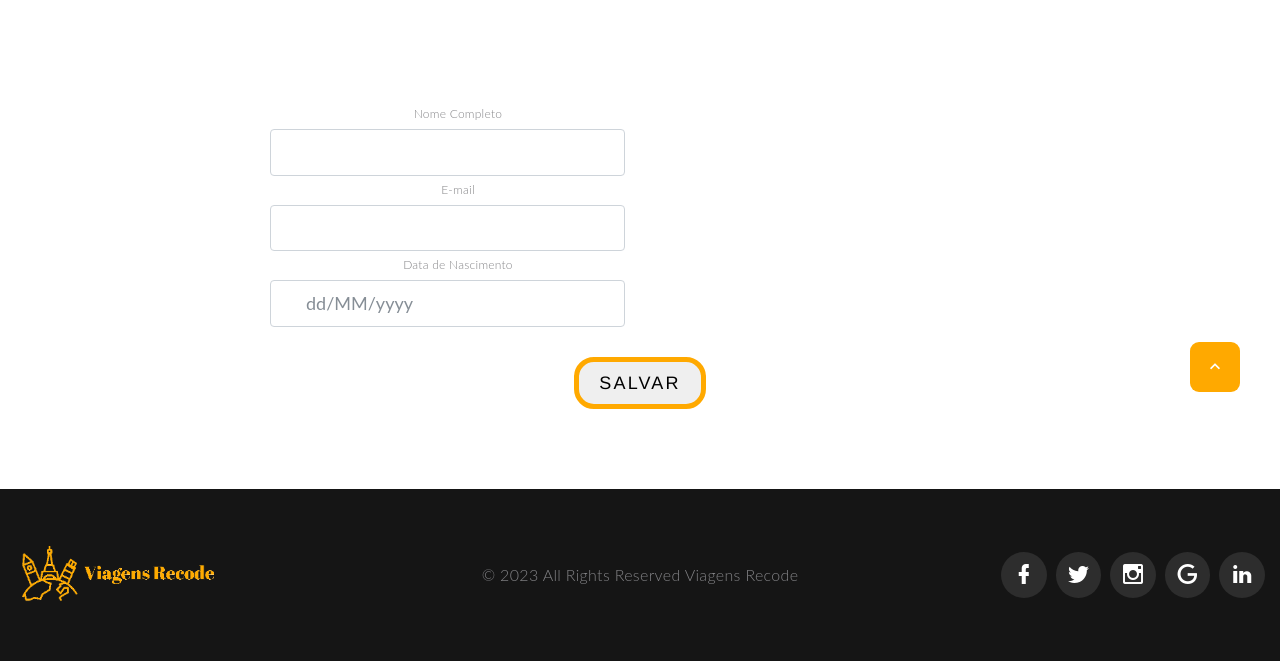
Repository: LiraS23/RecodePro2023-Modulo-4
Page: http://localhost/Modulo4/editarCliente.jsp
The author's editor kept a copy of each file at every save. The page is drawn from the files as they stood at one save, then again after the next save.
The browser window is 1280 px wide. The pictures show the part of the page from y = 388 to 1069 px (the page is 1049 px tall before and 1069 px after).
Some web fonts or font styles are not loaded; a fallback is used. The page is served by Tomcat 10. Other server files are loaded and not shown.

Above is the page before, as saved 2023-11-02 17:44:27.

### java/Modulo4/src/main/webapp/editarCliente.jsp
<%@ page language="java" contentType="text/html; charset=UTF-8"
	pageEncoding="UTF-8"%>
<!DOCTYPE html>
<html lang="pt-br">
<head>
<meta charset="UTF-8">
<meta name="viewport"
	content="width=device-width, height=device-height, initial-scale=1.0">
<meta http-equiv="X-UA-Compatible" content="IE=edge">
<title>Editar Cliente</title>

<link rel="icon" href="assets/images/favicon.ico" type="image/x-icon">
<link rel="stylesheet" type="text/css"
	href="assets/fonts.googleapis.com/css?family=Oswald:200,400%7CLato:300,400,300italic,700%7CMontserrat:900">
<link rel="stylesheet" href="assets/css/bootstrap.css">
<link rel="stylesheet" href="assets/css/style.css">
<link rel="stylesheet" href="assets/css/fonts.css">
</head>
<body>
	<div class="page">
		<header
			class="section page-header breadcrumbs-custom-wrap bg-gradient bg-secondary-2 novi-background bg-cover">
			<!-- RD Navbar-->
			<div class="rd-navbar-wrap rd-navbar-default">
				<nav class="rd-navbar" data-layout="rd-navbar-fixed"
					data-sm-layout="rd-navbar-fixed" data-md-layout="rd-navbar-fixed"
					data-md-device-layout="rd-navbar-fixed"
					data-lg-layout="rd-navbar-fullwidth"
					data-xl-layout="rd-navbar-static"
					data-lg-device-layout="rd-navbar-fixed"
					data-xl-device-layout="rd-navbar-static"
					data-md-stick-up-offset="2px" data-lg-stick-up-offset="2px"
					data-stick-up="true" data-sm-stick-up="true"
					data-md-stick-up="true" data-lg-stick-up="true"
					data-xl-stick-up="true">
					<div class="rd-navbar-inner">
						<!-- RD Navbar Panel-->
						<div class="rd-navbar-panel">
							<!-- RD Navbar Toggle-->
							<button class="rd-navbar-toggle"
								data-rd-navbar-toggle=".rd-navbar-nav-wrap">
								<span></span>
							</button>
							<!-- RD Navbar Brand-->
							<div class="rd-navbar-brand">
								<a class="brand-name" href="index.html"><img
									class="logo-default"
									src="assets/images/logo-default-208x46.png" alt="" width="208"
									height="46" /><img class="logo-inverse"
									src="assets/images/logo-inverse-208x46.png" alt="" width="208"
									height="46" /></a>
							</div>
						</div>
						<div class="rd-navbar-aside-right">
							<div class="rd-navbar-nav-wrap">
								<!-- RD Navbar Nav-->
								<ul class="rd-navbar-nav">
									<li><a href="index.html">Home</a></li>
									<li><a href="destinos.jsp">Destinos</a></li>
									<li><a href="promocoes.html">Promoções</a></li>
									<li><a href="contato.html">Contato</a></li>
									<li class="active"><a href="cliente.jsp">Cliente</a></li>
								</ul>
							</div>
						</div>
						<div class="rd-navbar-aside-right">
							<a class="button button-sm button-secondary button-nina"
								href="pedidos.html">Reserve um passeio agora</a>
						</div>
					</div>
				</nav>
			</div>
			<!-- Breadcrumbs-->
			<section class="breadcrumbs-custom"
				style="background: url(&quot;https://travelplustur.com.br/wp-content/uploads/2022/04/travelplus-tur-22.jpg&quot;); background-size: cover;">
				<div class="container">
					<p class="breadcrumbs-custom-subtitle">Edite seu</p>
					<p class="heading-1 breadcrumbs-custom-title">Cadastro</p>
				</div>
			</section>

		</header>

		<!-- Cadastro-->
		<section class="section section-lg bg-default text-center">
			<div class="container">
				<div class="row justify-content-center">
					<div class="col-md-8">
						<!--form-->
						<form id="editForm" data-form-output="form-output-global"
							data-form-type="edicao" method="post"
							action="/Modulo4/ClienteController">
							<input type="hidden" name="action" value="atualizar"> <input
								type="hidden" id="cpf" name="cpf" value="">
							<div class="col-md-6">
								<div class="form-wrap form-wrap-validation">
									<label class="form-label-outside" for="nome">Nome
										Completo</label> <input class="form-control" id="nome" type="text"
										name="nome" data-constraints="@Required" />
								</div>
							</div>
							<div class="col-md-6">
								<div class="form-wrap form-wrap-validation">
									<label class="form-label-outside" for="email">E-mail</label> <input
										class="form-control" id="email" type="email" name="email"
										data-constraints="@Email @Required" />
								</div>
							</div>
							<div class="col-md-6">
								<div class="form-wrap form-wrap-validation">
									<label class="form-label-outside" for="dataNasc">Data
										de Nascimento</label><input class="form-control" id="dataNasc"
										type="text" name="dataNasc" placeholder="dd/MM/yyyy"
										data-constraints="@Numeric @Required" />
								</div>
							</div>
							<div class="col-sm-12 offset-custom-1">
								<div class="form-button">
									<button class="btn btn-secondary"
										style="border: 5px solid #FFA900; border-radius: 20px;"
										type="button" onclick="atualizarCliente()">Salvar</button>
								</div>
							</div>
						</form>
					</div>
				</div>
			</div>
		</section>
		<!-- Footer Minimal-->
		<footer
			class="section page-footer page-footer-minimal novi-background bg-cover text-center bg-gray-darker">
			<div class="container container-wide">
				<div
					class="row row-fix justify-content-sm-center align-items-md-center row-30">
					<div class="col-md-10 col-lg-7 col-xl-4 text-xl-left">
						<a href="index.html"><img class="inverse-logo"
							src="assets/images/logo-inverse-208x46.png" alt="" width="208"
							height="46" /></a>
					</div>
					<div class="col-md-10 col-lg-7 col-xl-4">
						<p class="right">
							&#169;&nbsp;<span class="copyright-year"></span> All Rights
							Reserved Viagens Recode
						</p>
					</div>
					<div class="col-md-10 col-lg-7 col-xl-4 text-xl-right">
						<ul class="group-xs group-middle">
							<li><a
								class="icon novi-icon icon-md-middle icon-circle icon-secondary-5-filled mdi mdi-facebook"
								href="#"></a></li>
							<li><a
								class="icon novi-icon icon-md-middle icon-circle icon-secondary-5-filled mdi mdi-twitter"
								href="#"></a></li>
							<li><a
								class="icon novi-icon icon-md-middle icon-circle icon-secondary-5-filled mdi mdi-instagram"
								href="#"></a></li>
							<li><a
								class="icon novi-icon icon-md-middle icon-circle icon-secondary-5-filled mdi mdi-google"
								href="#"></a></li>
							<li><a
								class="icon novi-icon icon-md-middle icon-circle icon-secondary-5-filled mdi mdi-linkedin"
								href="#"></a></li>
						</ul>
					</div>
				</div>
			</div>
		</footer>
	</div>

	<!-- Global Mailform Output-->
	<div class="snackbars" id="form-output-global"></div>
	<!-- Javascript-->
	<script src="assets/js/core.min.js"></script>
	<script src="assets/js/script.js"></script>
	<script>
		function atualizarCliente() {
			// Obtenha o valor do CPF da URL
			var urlParams = new URLSearchParams(window.location.search);
			var cpf = urlParams.get("cpf");

			// Obtenha os valores dos campos de nome, email e dataNasc
			var nome = $("#nome").val();
			var dataNasc = $("#dataNasc").val();
			var email = $("#email").val();

			// Realize a validação dos campos, se necessário

			// Faça uma solicitação AJAX para o servidor para atualizar o cliente
			$.ajax({
				type : "POST",
				url : "/Modulo4/ClienteController", // A URL deve apontar para o seu servlet
				data : {
					action : "atualizar",
					cpf : cpf,
					nome : nome,
					dataNasc : dataNasc,
					email : email
				// Adicione o campo de email aqui
				},
				success : function(response) {
					alert(response); // Exiba uma mensagem de sucesso ou erro
				},
				error : function() {
					alert('Erro ao atualizar o cliente.');
				}
			});
		}
	</script>


</body>
</html>

Loaded but not shown: java/Modulo4/src/main/webapp/assets/css/bootstrap.css (library); java/Modulo4/src/main/webapp/assets/css/style.css (library); java/Modulo4/src/main/webapp/assets/css/fonts.css (library); java/Modulo4/src/main/webapp/assets/js/core.min.js (library); java/Modulo4/src/main/webapp/assets/js/script.js (1496 lines, source omitted)

After the next save:
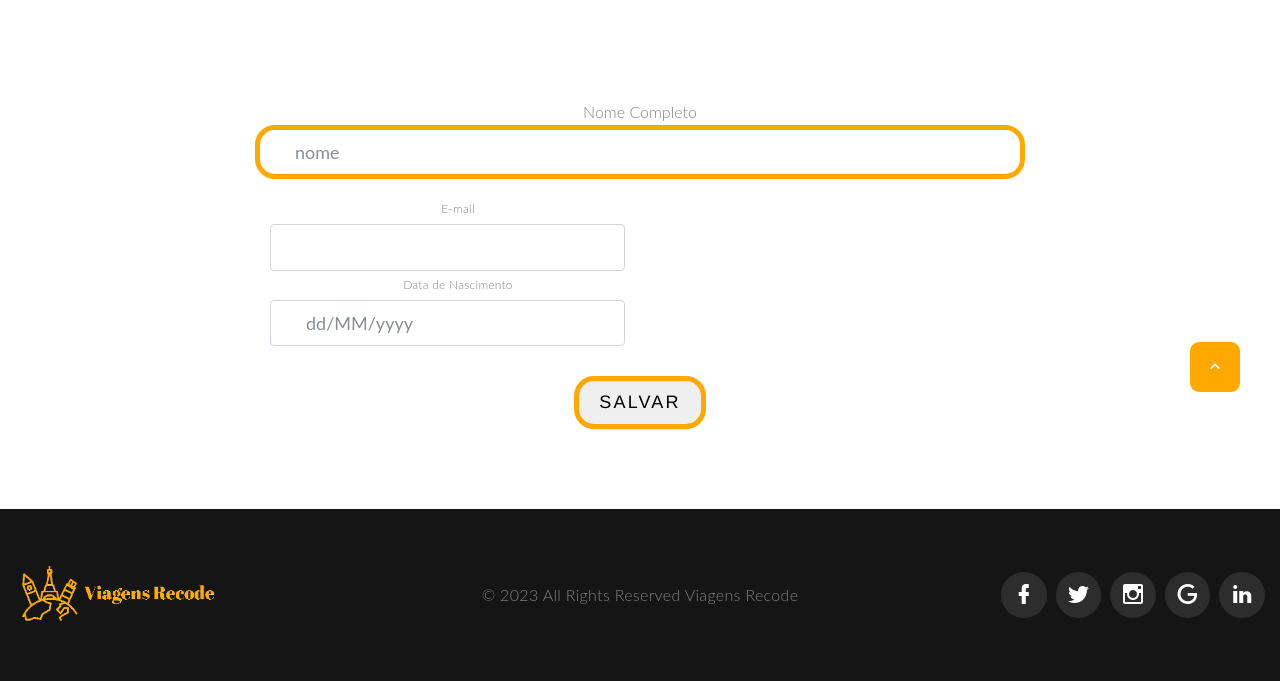
Saved 65 s later.
--- a/java/Modulo4/src/main/webapp/editarCliente.jsp
+++ b/java/Modulo4/src/main/webapp/editarCliente.jsp
@@ -92,12 +92,11 @@
 							action="/Modulo4/ClienteController">
 							<input type="hidden" name="action" value="atualizar"> <input
 								type="hidden" id="cpf" name="cpf" value="">
-							<div class="col-md-6">
-								<div class="form-wrap form-wrap-validation">
-									<label class="form-label-outside" for="nome">Nome
-										Completo</label> <input class="form-control" id="nome" type="text"
-										name="nome" data-constraints="@Required" />
-								</div>
+							<div class="form-group">
+								<label for="edit_nome">Nome Completo</label> <input type="text"
+									class="form-control" id="edit_nome" name="nome"
+									placeholder="nome"
+									style="border: 5px solid #FFA900; border-radius: 20px;">
 							</div>
 							<div class="col-md-6">
 								<div class="form-wrap form-wrap-validation">
